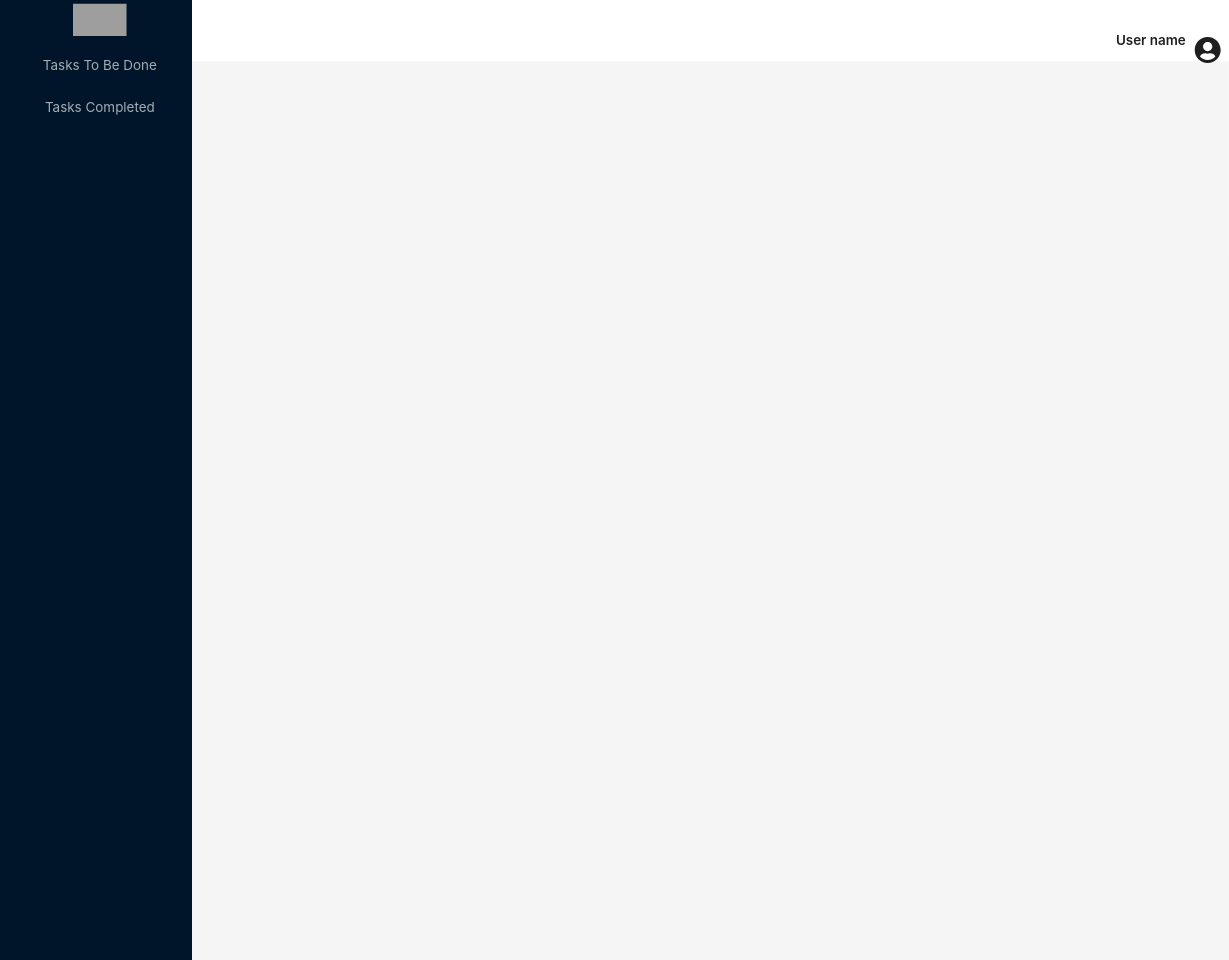
Repository: runner855/todolist_new
Page: /
The author's editor kept a copy of each file at every save. The page is drawn from the files as they stood at one save, then again after a run of saves.
The browser window is 1280 px wide. The pictures show the whole page, at 96% of full size.
Pictures or frames that could not be fetched are drawn as grey boxes. The project was rebuilt for these pictures with package versions that can differ from the ones it lists, and the page was loaded fresh each time.

Above is the page before, as saved 2023-03-19 18:47:48.

After the next 2 saves:
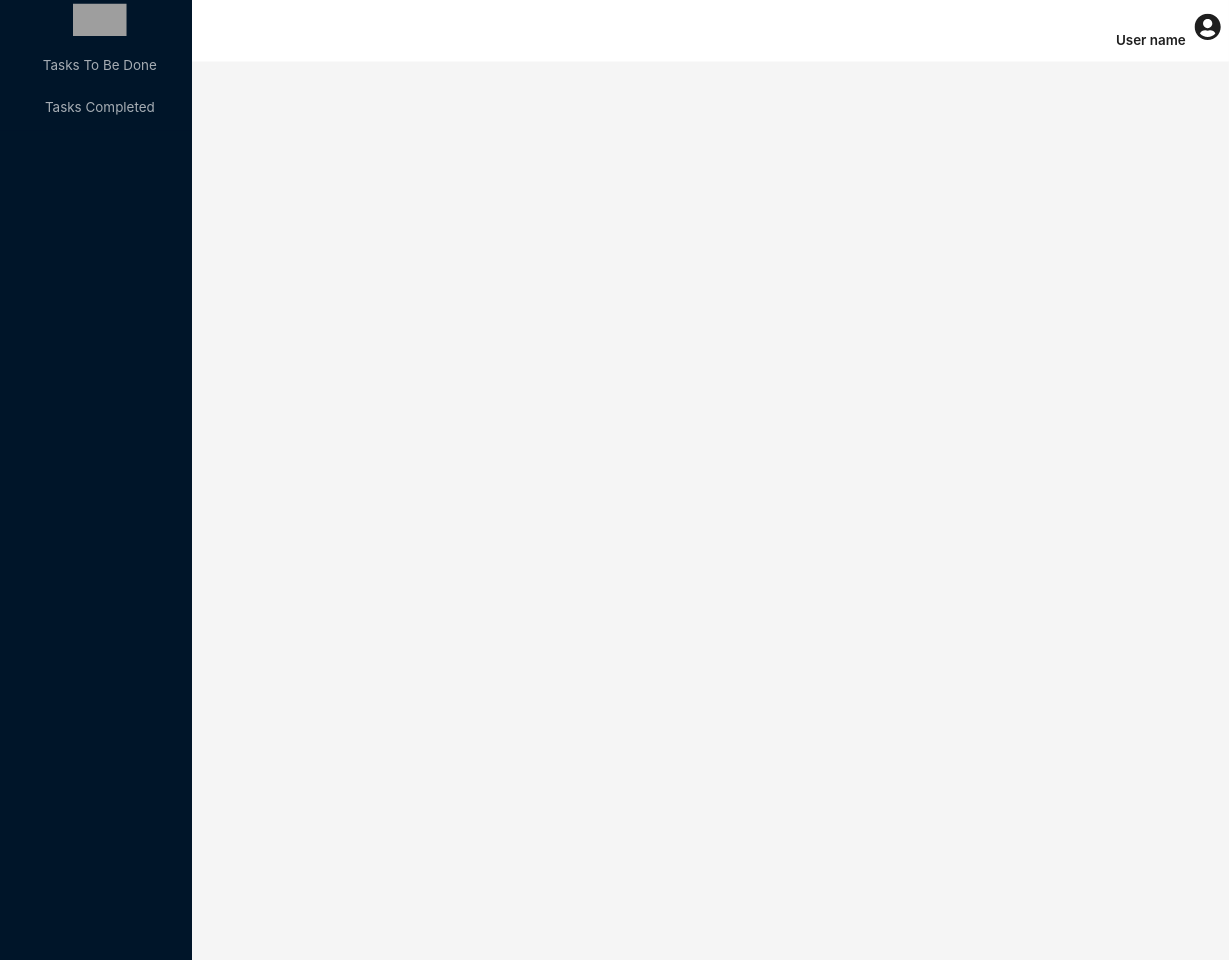
The 2 saves are shown as one change because they came seconds apart.
The last was saved 8 s later.
--- a/src/components/NavBar/NavBar.css
+++ b/src/components/NavBar/NavBar.css
@@ -18,7 +18,7 @@ li {
   font-size: 2em;
   margin-right: 0.1em;
   margin: 0em 0.3em 0em 0.3em;
-  line-height: 3;
+  line-height: 1;
 }
 
 .user_text {
